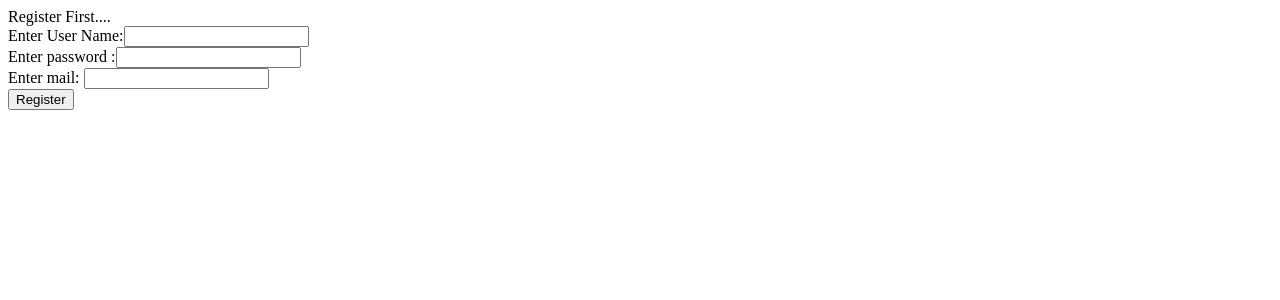
Repository: mugdha97/JSPServlet
Page: http://localhost/com.bridgelabz.loginRegister/Registration.jsp
The author's editor kept a copy of each file at every save. The page is drawn from the files as they stood at one save, then again after the next save.
The browser window is 1280 px wide. The pictures show the whole page.
The page is served by Tomcat 9.

Above is the page before, as saved 2019-10-19 05:19:10.

After the next save:
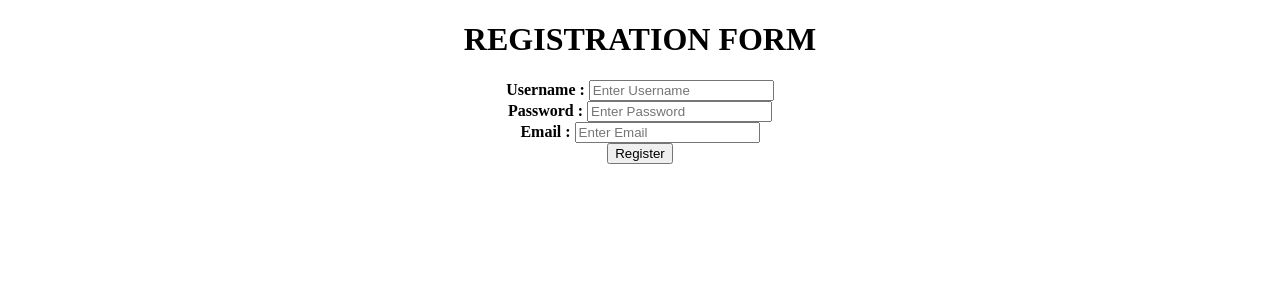
Saved 5 min 3 s later.
--- a/com.bridgelabz.loginRegister/WebContent/Registration.jsp
+++ b/com.bridgelabz.loginRegister/WebContent/Registration.jsp
@@ -7,12 +7,36 @@
 <title>Insert title here</title>
 </head>
 <body>
-Register First....
+<center>
+
+<div class="container">
 <form action="Register" method="post">
-Enter User Name:<input type="text" name="uname"><br>
-Enter password :<input type="password" name="password"><br>
-Enter mail: <input type="text" name="mail"><br>
-<input type="submit" value="Register">
-</form>
+		<div><h1> REGISTRATION FORM</h1></div>
+      <label for="uname"><b>Username : </b></label>
+      <input type="text" placeholder="Enter Username" name="uname" required><br>
+
+      <label for="psw"><b>Password : </b></label>
+      <input type="password" placeholder="Enter Password" name="password" required><br>
+
+	  <label for="mail"><b>Email : </b></label>
+	  <input type="text" placeholder="Enter Email" name="mail" required><br>
+
+      <button type="submit"value="Register">Register</button>
+
+     </form>
+    </div>
+
+    </center>
+
+
+
+
+<!-- Register First.... -->
+<!-- <form action="Register" method="post"> -->
+<!-- Enter User Name:<input type="text" name="uname"><br> -->
+<!-- Enter password :<input type="password" name="password"><br> -->
+<!-- Enter mail: <input type="text" name="mail"><br> -->
+<!-- <input type="submit" value="Register"> -->
+<!-- </form> -->
 </body>
 </html>
